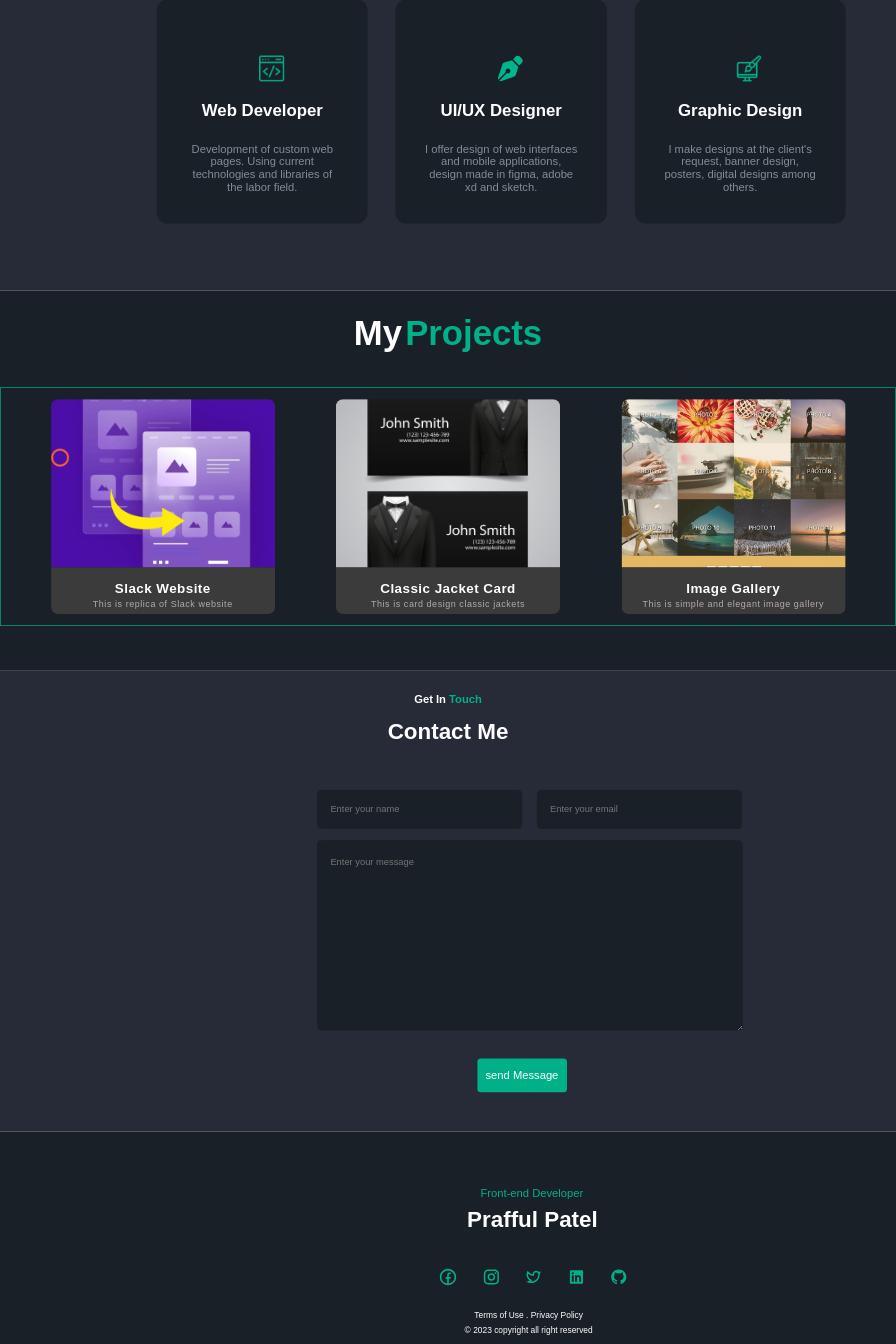
Repository: PraffulPatel27/Portfolio_2.0
Page: index.html
These files come from the project's save history. The page is drawn as it stood at one moment and after the next save; the edit follows.
The browser window is 1280 px wide. The pictures show the part of the page from y = 1916 to 3836 px (the page is 3836 px tall before and 3829 px after), at 70% of full size.

Above is the page before, as saved 2024-01-30 15:30:23.

After the next save:
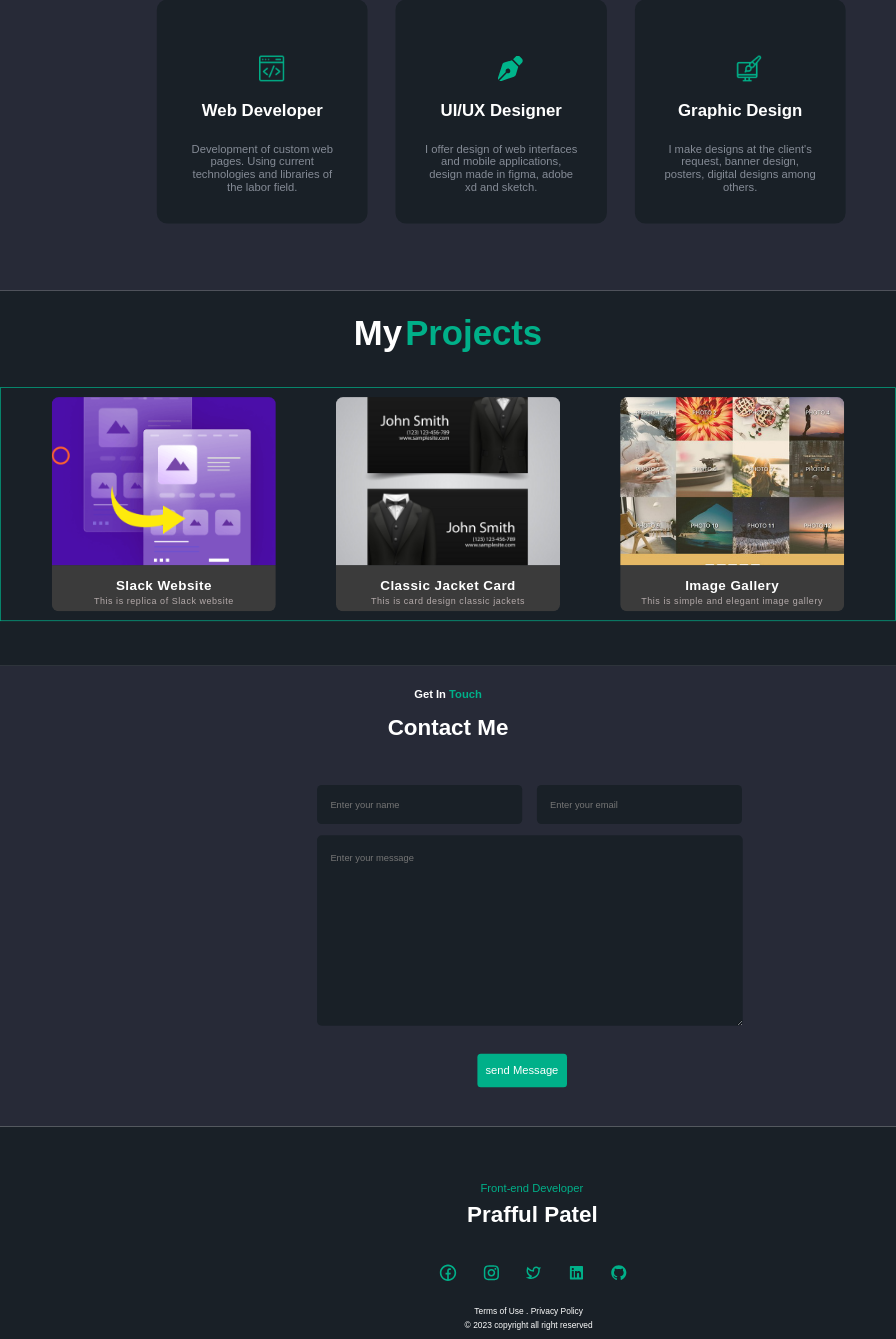
Saved 7 s later.
--- a/style.css
+++ b/style.css
@@ -413,7 +413,7 @@
     cursor: pointer;
     transition: 0.2s;
 
-    margin: 1rem;
+    margin: 0.8rem;
     max-width: 20rem;
     max-height: 20rem;
     border-radius: 10px;
